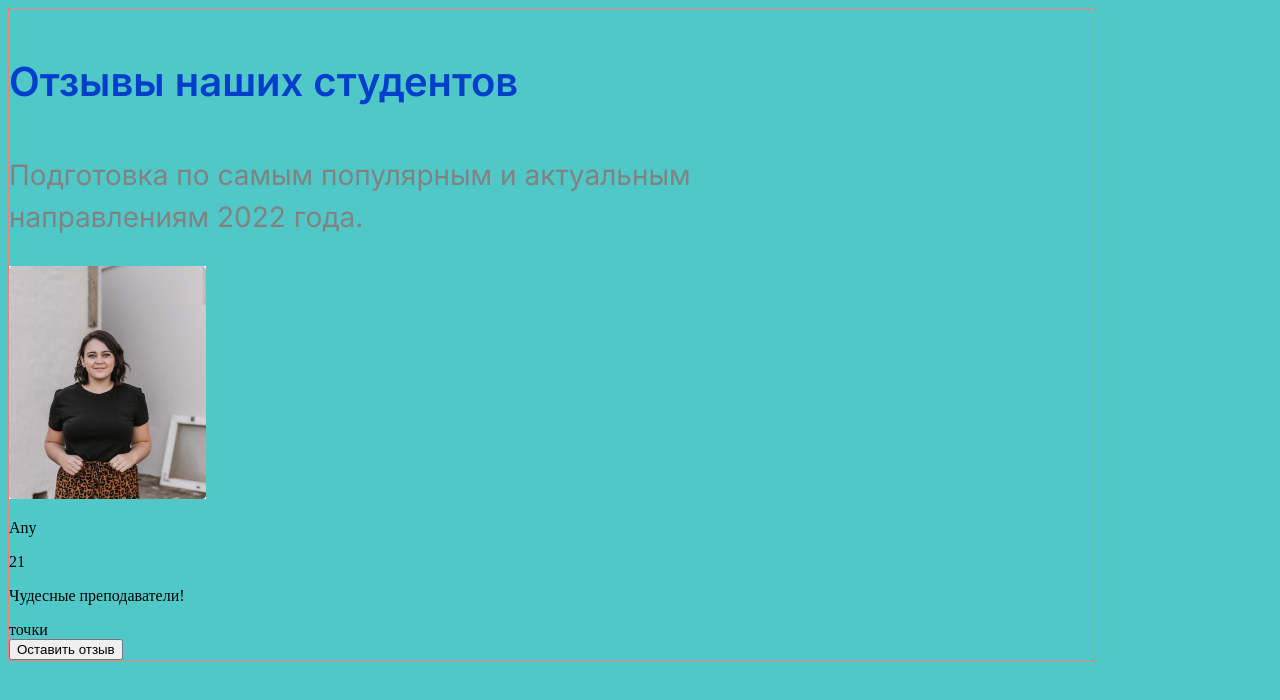
Repository: Malvuna/Studi
Page: index.html
These files come from the project's save history. The page is drawn as it stood at one moment and after the next save; the edit follows.
The browser window is 1280 px wide. The pictures show the whole page.

Above is the page before, as saved 2022-07-11 17:11:43.

### index.html

<!DOCTYPE html>
<html lang="en">
  <head>
    <meta charset="UTF-8" />
    <meta http-equiv="X-UA-Compatible" content="IE=edge" />
    <meta name="viewport" content="width=device-width, initial-scale=1.0" />
    <link rel="stylesheet" href="./css/style.css" />
    <link rel="preconnect" href="https://fonts.googleapis.com">
    <link rel="preconnect" href="https://fonts.gstatic.com" crossorigin>
    <link href="https://fonts.googleapis.com/css2?family=Caveat:wght@400;600;700&family=Inter:wght@400;600;700&display=swap" rel="stylesheet">
  <body>
    <header>
    </header>

    <main>
      <div id="container" class="container">

      <p class="h1">Отзывы наших студентов</p>
      <p class="head">Подготовка по самым популярным и актуальным </br> направлениям 2022 года.</p>
      <div id="divAllCard"> </div>
      <div>точки</div>
      <button>Оставить отзыв</button>

    </div>
    </main>


    <footer>

    </footer>

  </body>
  <script type="module" src="./javascript/javascript.js"></script>
</html>

### css/style.css
body {
  background-color: rgb(80, 200, 200);
}

.container {
  width: 1086px;
  border: 1px salmon solid;
  text-align: left;
}

.h1 {
  font-family: "Inter";
  font-style: normal;
  font-weight: 600;
  font-size: 40px;
  line-height: 65px;
  color: #003ecb;
}

.head {
  font-family: "Inter";
  font-style: normal;
  font-weight: 400;
  font-size: 28px;
  line-height: 42px;
  color: #828282;
}

### javascript/javascript.js
//Общий контейнер
let container = document.querySelector("#container");

//див с карточками
let divAllCard = document.querySelector("#divAllCard");

//див одной карточки
let divOneCard = document.createElement("div");
divAllCard.append(divOneCard);



//карточка левый блок
let cardLeft = document.createElement("div");
divOneCard.append(cardLeft);

let cardImg = document.createElement("img");
cardImg.src = "/img/Photo.jpg"
cardLeft.append(cardImg);

let textName = document.createElement("p");
textName.innerHTML = "Any";
cardLeft.append(textName);

let textAge = document.createElement("p");
textAge.innerHTML = "21";
cardLeft.append(textAge);

//карточка парвый блок
let cardRight = document.createElement("div");
divOneCard.append(cardRight);

let textHead = document.createElement("p");
textHead.innerHTML = "Чудесные преподаватели!";
cardRight.append(textHead);

After the next save:
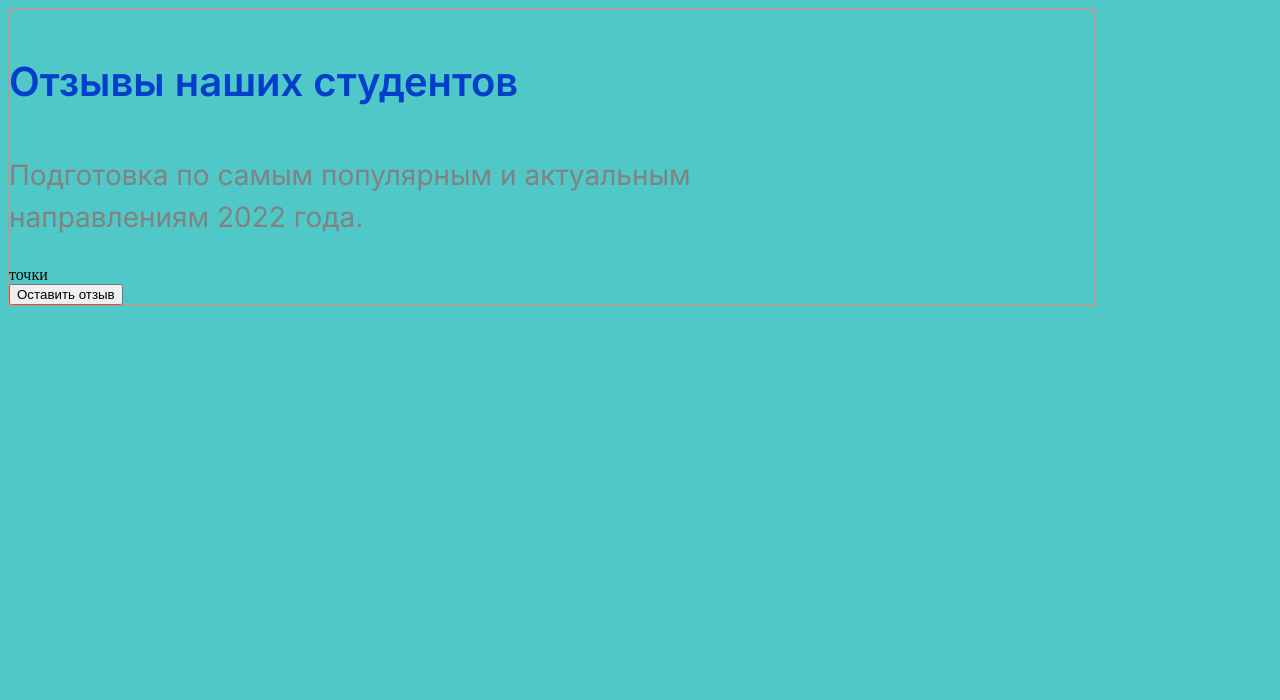
Console error: SyntaxError: Identifier 'textHead' has already been declared
Saved 4 s later.
--- a/javascript/javascript.js
+++ b/javascript/javascript.js
@@ -33,3 +33,7 @@ divOneCard.append(cardRight);
 let textHead = document.createElement("p");
 textHead.innerHTML = "Чудесные преподаватели!";
 cardRight.append(textHead);
+
+let textHead = document.createElement("p");
+textHead.innerHTML = "Чудесные преподаватели!";
+cardRight.append(textHead);

After the save that followed:
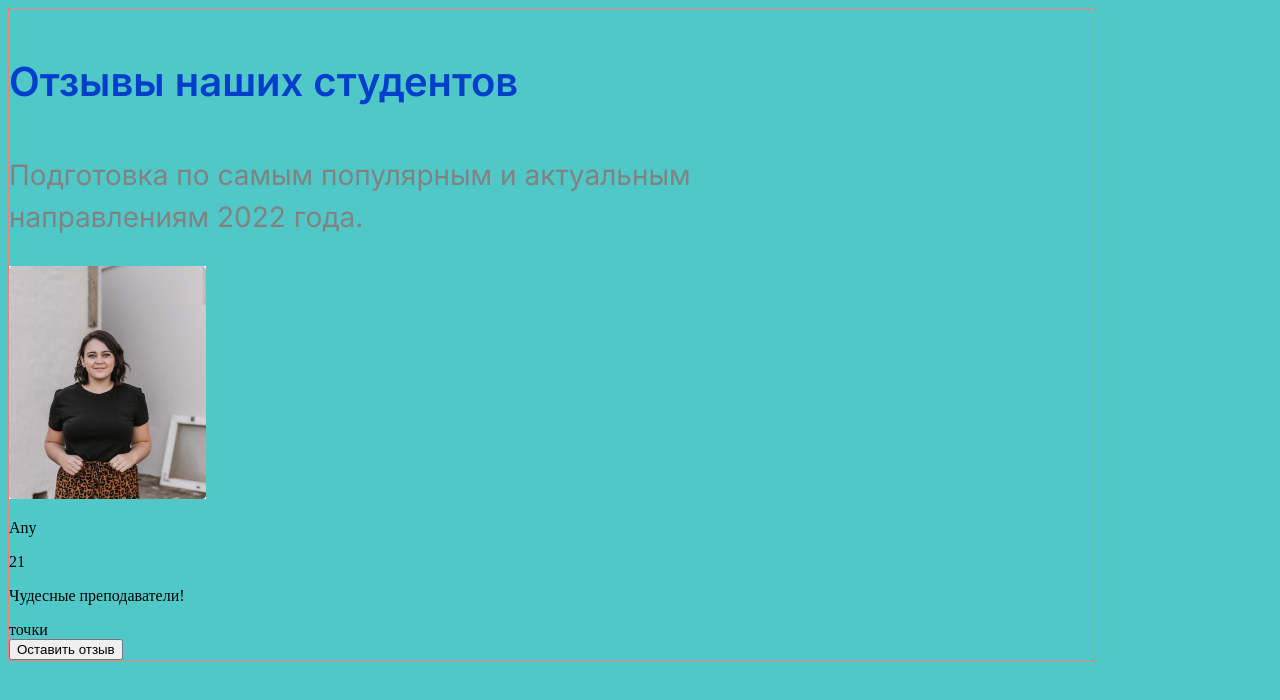
The error is gone.
Saved 5 s later.
--- a/javascript/javascript.js
+++ b/javascript/javascript.js
@@ -34,6 +34,6 @@ let textHead = document.createElement("p");
 textHead.innerHTML = "Чудесные преподаватели!";
 cardRight.append(textHead);
 
-let textHead = document.createElement("p");
+let textText = document.createElement("p");
 textHead.innerHTML = "Чудесные преподаватели!";
 cardRight.append(textHead);
